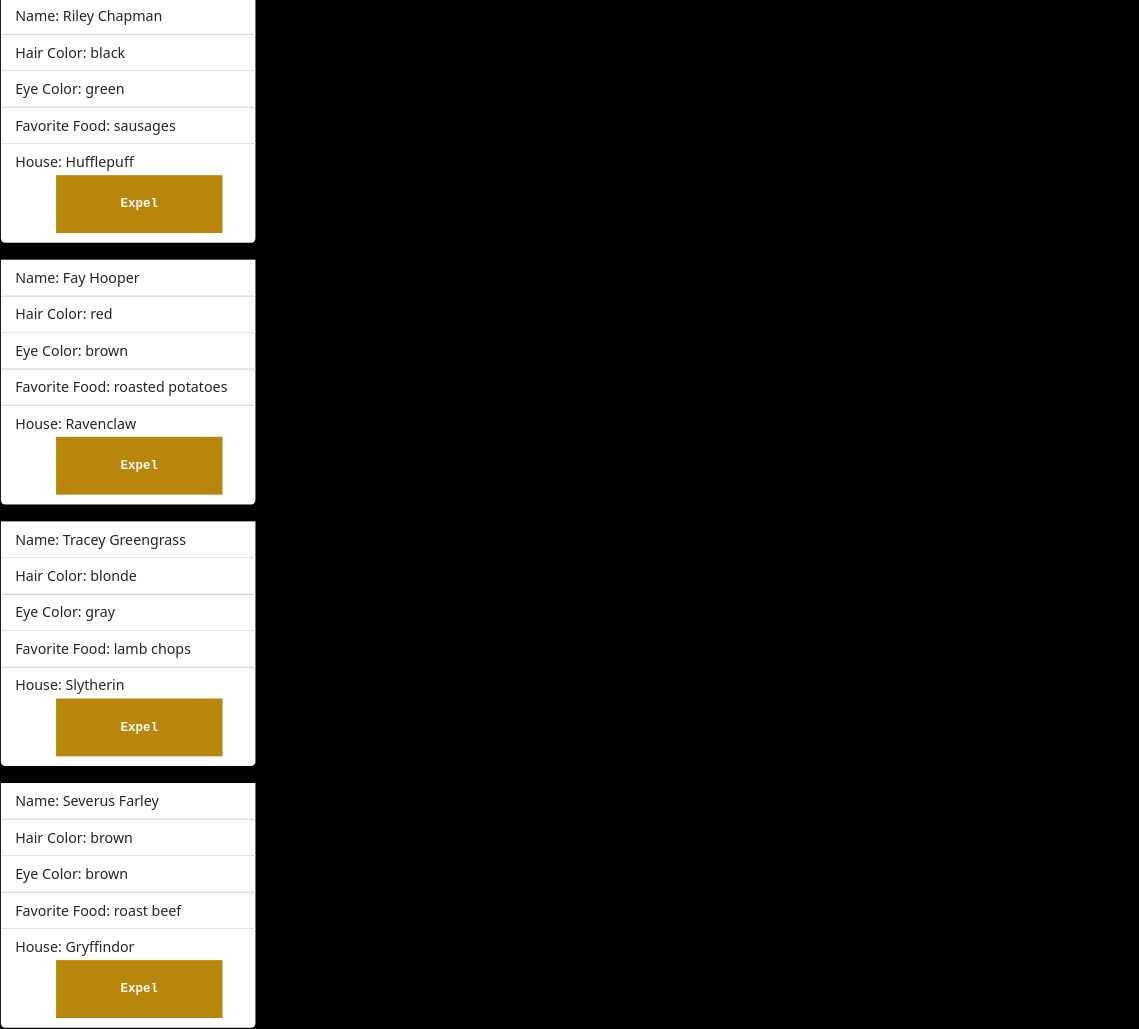
Repository: jontslater/INDIVIDUAL-PROJECT-sorting-hat
Page: index.html
These files come from the project's save history. The page is drawn as it stood at one moment and after the next save; the edit follows.
The browser window is 1280 px wide. The pictures show the part of the page from y = 538 to 1694 px (the page is 1694 px tall), at 89% of full size.
A picture or video elsewhere on the page could not be fetched, so the positions and the page height are approximate.

Above is the page before, as saved 2023-10-31 19:02:58.

### index.html
<!DOCTYPE html>
<html lang="en">
<head>
  <meta charset="UTF-8">
  <meta name="viewport" content="width=device-width, initial-scale=1.0">
  <title>SortingHat</title>

  <link href="https://cdn.jsdelivr.net/npm/bootstrap@5.3.2/dist/css/bootstrap.min.css" rel="stylesheet" integrity="sha384-T3c6CoIi6uLrA9TneNEoa7RxnatzjcDSCmG1MXxSR1GAsXEV/Dwwykc2MPK8M2HN" crossorigin="anonymous">
  <link rel="stylesheet" href="main.css">
</head>
<body>
  <div class="card">
    <div class="card-header">
      <img src="https://media.tenor.com/vkDuuNm40XoAAAAd/hogwarts-legacy-warner-bros-interactive-entertainment.gif" alt="" class="sortingHat">
    </div>
    <div class="card-body">
      <h5 class="card-title">Hello, I am the sorting hat!</h5>
      <p class="card-text">Right. Right then. Hmmmm. Right.... You are going to house .... </p>
      <button class= "btn" id="btn">Begin Sorting</button>
      <form id="form" class="names">
       <input type="text" id="firstName" required>First Name
        <input type="text" id="lastName" required>Last Name
       <input type="text" id="hairColor" required>Hair Color
       <input type="text" id="eyeColor"  required>Eye Color
       <input type="text" id="favoriteFood">Favorite Food
       <button class= "btn" id="enter">Enter House</button>
     </form>


    </div>
  </div>
  <div>
  </div>
  <div id="app"></div>

  <script src="https://cdn.jsdelivr.net/npm/bootstrap@5.3.2/dist/js/bootstrap.bundle.min.js" integrity="sha384-C6RzsynM9kWDrMNeT87bh95OGNyZPhcTNXj1NW7RuBCsyN/o0jlpcV8Qyq46cDfL" crossorigin="anonymous"></script>
  <script src="main.js"></script>
</body>
</html>

### main.css
body{
  background-color: black;
}

.card{
  background-color:black;
  color: darkgoldenrod;
  width: 450px;
}

.btn{
  margin-left: 121px;
  margin-top: 3px;
  margin-bottom: 3px;
  right: 120px;
  width: 187px;
  height: 65px;
  border: none;
  color: white;
  font-size:14px;
  font-weight:700;
  background-color:darkgoldenrod;
  position: relative;
  font-family: monospace;
}

.names{
  display: none;
}

.btn-warning{
  margin-left: 121px;
  margin-top: 3px;
  margin-bottom: 3px;
  right: 75px;
  width: 187px;
  height: 65px;
  border: none;
  color: white;
  font-size:14px;
  font-weight:700;
  background-color:darkgoldenrod;
  position: relative;
  font-family: monospace;
}

### main.js
const students =[
  {
    id: 1,
    firstName: "Riley",
    lastName: "Chapman",
    hairColor: "black",
    eyeColor: "green",
    favoriteFood: "sausages",
    house: "Hufflepuff"
  },
  {
    id: 2,
    firstName: "Fay",
    lastName: "Hooper",
    hairColor: "red",
    eyeColor: "brown",
    favoriteFood: "roasted potatoes",
    house: "Ravenclaw"
  },
  {
    id: 3,
    firstName: "Tracey",
    lastName: "Greengrass",
    hairColor: "blonde",
    eyeColor: "gray",
    favoriteFood: "lamb chops",
    house: "Slytherin",
  },
  {
    id: 4,
    firstName: "Severus",
    lastName: "Farley",
    hairColor: "brown",
    eyeColor: "brown",
    favoriteFood: "roast beef",
    house: "Gryffindor",
  }
]
const app = document.querySelector("#app");
const btn = document.querySelector("#btn");

const renderToDom = (Students) =>{

  let domString = "";

  for(let student of students){

    domString += `<div class="card" style="width: 18rem;">
    <div class="card-header">
    </div>
    <ul class="list-group list-group-flush">

      <li class="list-group-item">Name: ${student.firstName} ${student.lastName}
      <li class="list-group-item">Hair Color: ${student.hairColor}
      <li class="list-group-item">Eye Color: ${student.eyeColor}
      <li class="list-group-item"> Favorite Food: ${student.favoriteFood}
      <li class="list-group-item"> House: ${student.house}
      <button type="button" class="btn-warning">Expel</button>
    </ul>
  </div>`
  }
  const app = document.querySelector("#app")
  app.innerHTML = domString
}

renderToDom(students)

btn.addEventListener("click", () => {
  const form = document.querySelector("form");

  if(form.style.display === "none"){
    form.style.display = "block";
  }else{
    form.style.display = "none";
  }
});

const houses = ["Hufflepuff","Ravenclaw","Slytherin","Gryffindor"]

const houseRandomizer = (min, max) => {
  return Math.floor(Math.random() * 3);
}

const form = document.querySelector("form");

const createStudent = (event) => {
  event.preventDefault();
  const randomHouse = houseRandomizer(0,3);
  const houseAssigned = houses[randomHouse]
  const newStudent
   = {
    id: students.length +1,
    firstName: document.querySelector("#firstName").value,
    lastName: document.querySelector("#lastName").value,
    hairColor: document.querySelector("#hairColor").value,
    eyeColor: document.querySelector("#eyeColor").value,
    favoriteFood: document.querySelector("#favoriteFood").value,
    house: houseAssigned
  }
  students.push(newStudent);
  renderToDom(students);
  form.reset();
}
form.addEventListener("submit", createStudent)

After the next save:
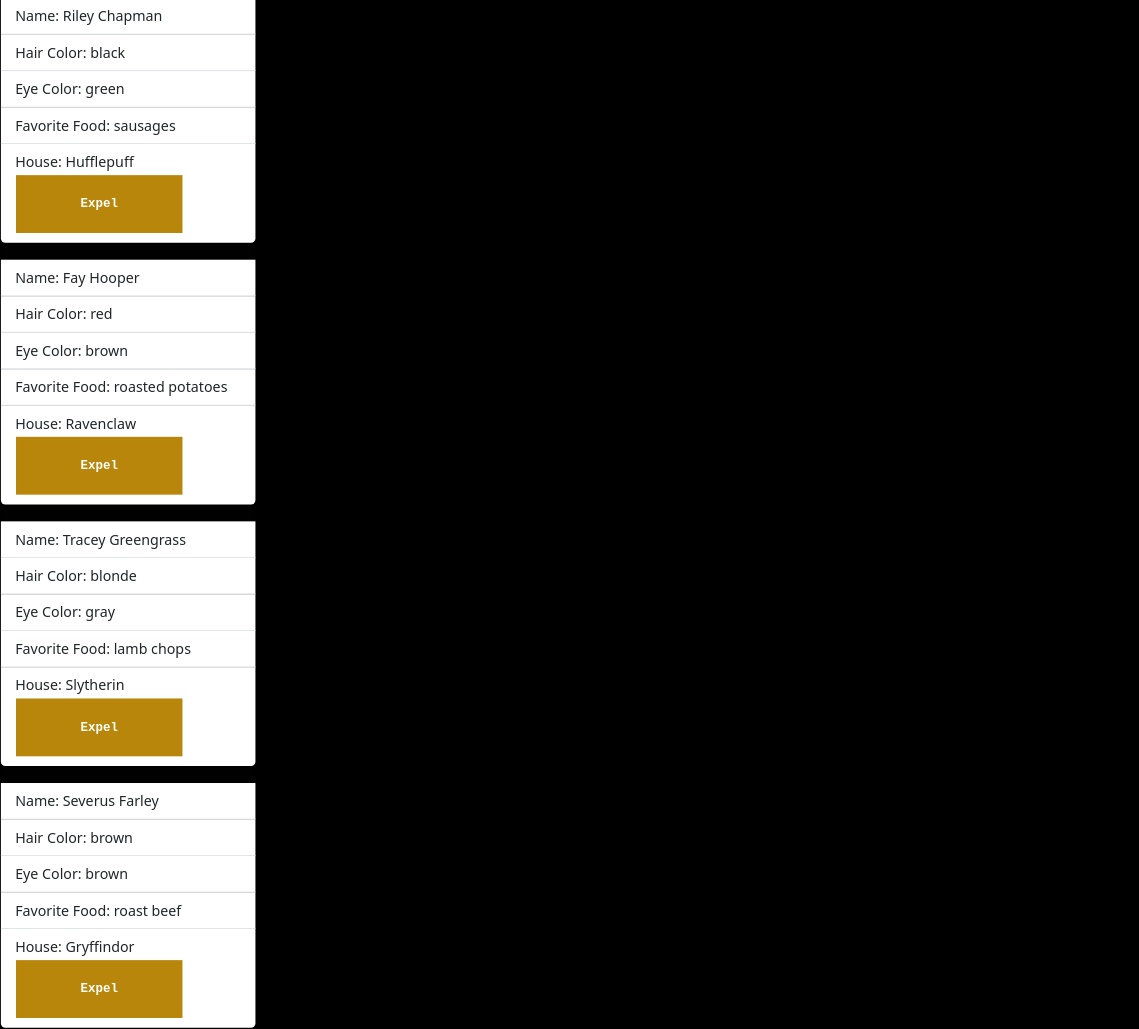
Saved 28 s later.
--- a/main.css
+++ b/main.css
@@ -32,7 +32,7 @@
   margin-left: 121px;
   margin-top: 3px;
   margin-bottom: 3px;
-  right: 75px;
+  right: 120px;
   width: 187px;
   height: 65px;
   border: none;
